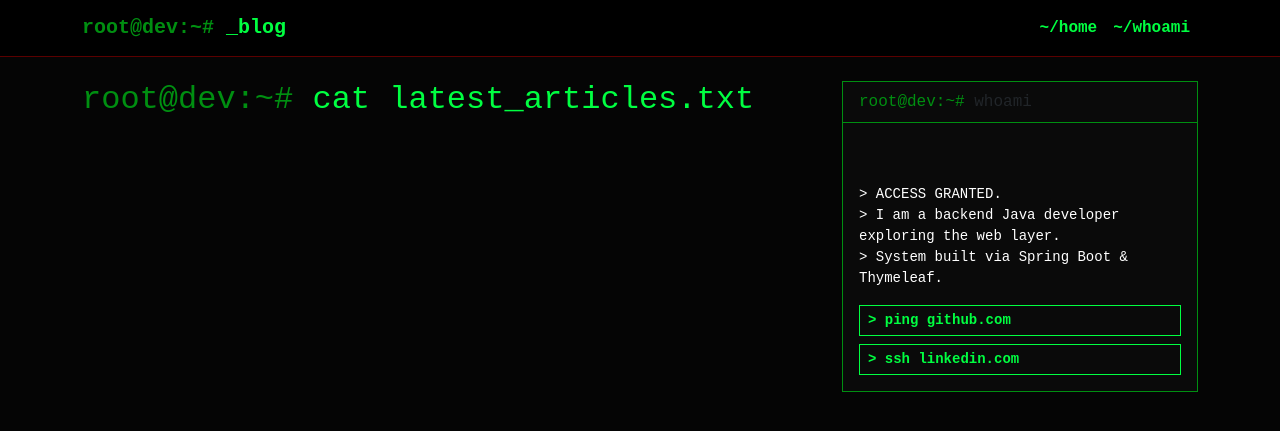
Repository: gd0t/gd0t-blog
Page: http://localhost/index
An editor plug-in stored every save of this project. The page is shown before and after the next save, followed by the edit.
The browser window is 1280 px wide. The pictures show the whole page.
The page is this project's Thymeleaf template; nobody is signed in. The template is opened directly, without the code that normally fills it, so the values that code supplies are empty.

Above is the page before, as saved 2026-05-21 00:13:34.

### gd0t/src/main/resources/templates/index.html
<!DOCTYPE html>
<!-- Adding the thymeleaf template engine and spring-security plugin -->
<html xmlns:th="http://www.thymeleaf.org" xmlns:sec="http://www.thymeleaf.org/extras/spring-security" lang="en">
<head>
    <meta charset="UTF-8">
    <meta name="viewport" content="width=device-width, initial-scale=1">
    <title>gd0t@space:~$</title>

    <link href="https://cdn.jsdelivr.net/npm/bootstrap@5.3.2/dist/css/bootstrap.min.css" rel="stylesheet">
    <link rel="stylesheet" href="https://cdn.jsdelivr.net/npm/bootstrap-icons@1.11.1/font/bootstrap-icons.css">
    <link rel="stylesheet" th:href="@{/css/style.css}">
</head>
<body>

    <nav class="navbar navbar-expand-lg mb-4">
        <div class="container">
            <a class="navbar-brand prompt" href="/">_blog</a>
            <button class="navbar-toggler border-0" type="button" data-bs-toggle="collapse" data-bs-target="#navbarNav">
                <i class="bi bi-list" style="color: #00FF41; font-size: 1.5rem;"></i>
            </button>
            <div class="collapse navbar-collapse" id="navbarNav">
                <ul class="navbar-nav ms-auto align-items-center">
                    <li class="nav-item"><a class="nav-link" href="/">~/home</a></li>
                    <li class="nav-item"><a class="nav-link" href="#about">~/whoami</a></li>

                    <!-- MAGIC HAPPENS HERE: sec:authorize only renders this <li> if the user is logged in! -->
                    <li class="nav-item ms-lg-3 mt-2 mt-lg-0" sec:authorize="isAuthenticated()">
                        <a class="btn btn-primary btn-sm" th:href="@{/new}">> sudo write_post</a>
                    </li>

                    <!-- Optional: A logout button -->
                    <li class="nav-item ms-lg-3 mt-2 mt-lg-0" sec:authorize="isAuthenticated()">
                        <form th:action="@{/logout}" method="post" class="d-inline">
                            <button type="submit" class="btn btn-outline-dark btn-sm">> exit</button>
                        </form>
                    </li>
                </ul>
            </div>
        </div>
    </nav>

    <div class="container">
        <div class="row">

        	<!-- The posts take up 8 columns -->
            <div class="col-lg-8">
                <h2 class="mb-4 prompt">cat latest_articles.txt</h2>
                <div th:each="post : ${posts}" class="card mb-4">
                    <div class="card-header bg-transparent">
                        <h4 class="card-title fw-bold m-0" th:text="${post.title}">Title</h4>
                    </div>
                    <div class="card-body">
                        <!-- Truncate the text on the homepage so it's a preview -->
                        <p class="card-text" th:text="${#strings.abbreviate(post.content, 150)}">Content goes here...</p>

                        <!-- This link dynamically builds the URL to /post/1, /post/2, etc. -->
                        <a th:href="@{/post/{id}(id=${post.id})}" class="fw-bold">> execute read_more.sh</a>
                    </div>
                </div>
            </div>

            <!-- about me takes up to 4 columns -->
            <div class="col-lg-4">

                <!-- About Me Card -->
                <div class="card mb-4" id="about">
                    <div class="card-header border-bottom border-success prompt bg-transparent">
                        whoami
                    </div>
                    <div class="card-body">

                        <pre class="text-center mb-3" style="font-size: 0.6rem; color: #008F11;">

                        </pre>
                        <p class="card-text small">
                            > ACCESS GRANTED.<br>
                            > I am a backend Java developer exploring the web layer.<br>
                            > System built via Spring Boot & Thymeleaf.
                        </p>
                        <div class="d-flex flex-column gap-2 mt-3">
                            <a href="#" class="btn btn-outline-dark btn-sm text-start">> ping github.com</a>
                            <a href="#" class="btn btn-outline-dark btn-sm text-start">> ssh linkedin.com</a>
                        </div>
                    </div>
                </div>
                </div>
        </div>
    </div>
</body>
</html>

### gd0t/src/main/resources/static/css/style.css
/* Base Terminal Styling */
body {
    background-color: #050505;
    color: #00FF41;
    font-family: 'Courier New', Courier, monospace;
}

.text-dark, .text-muted, .text-secondary {
    color: #FFF !important;
}

.navbar {
    background-color: #000000 !important;
    border-bottom: 1px solid #5C0000;
}
.navbar-brand, .nav-link {
    color: #00FF41 !important;
    font-weight: bold;
}

a {
    color: #00FF41;
    text-decoration: none;
}

a:hover {
    color: #00FF41;
    text-shadow: 0 0 8px #00FF41;
}

.card {
    background-color: #0A0A0A;
    border: 1px solid #008F11;
    border-radius: 0;
}
.card-header {
    border-bottom: 1px solid #008F11 !important;
}

.btn-primary, .btn-outline-light, .btn-outline-dark, button[type="submit"] {
    background-color: transparent;
    color: #00FF41;
    border: 1px solid #00FF41;
    border-radius: 0;
    font-weight: bold;
}
.btn-primary:hover, .btn-outline-light:hover, .btn-outline-dark:hover, button[type="submit"]:hover {
    background-color: #00FF41;
    color: #000000;
    box-shadow: 0 0 10px #00FF41;
}

.prompt::before {
    content: "root@dev:~# ";
    color: #008F11;
}

input[type="text"], textarea {
    background-color: #050505;
    color: #00FF41;
    border: 1px solid #008F11;
    border-radius: 0;
    width: 100%;
    padding: 10px;
}
input[type="text"]:focus, textarea:focus {
    outline: none;
    border-color: #00FF41;
    box-shadow: 0 0 8px #00FF41;
}

p {
	color: #FFF;
}

.text-dark, .text-muted, .text-secondary {
    color: #FFF !important;
}

After the next save:
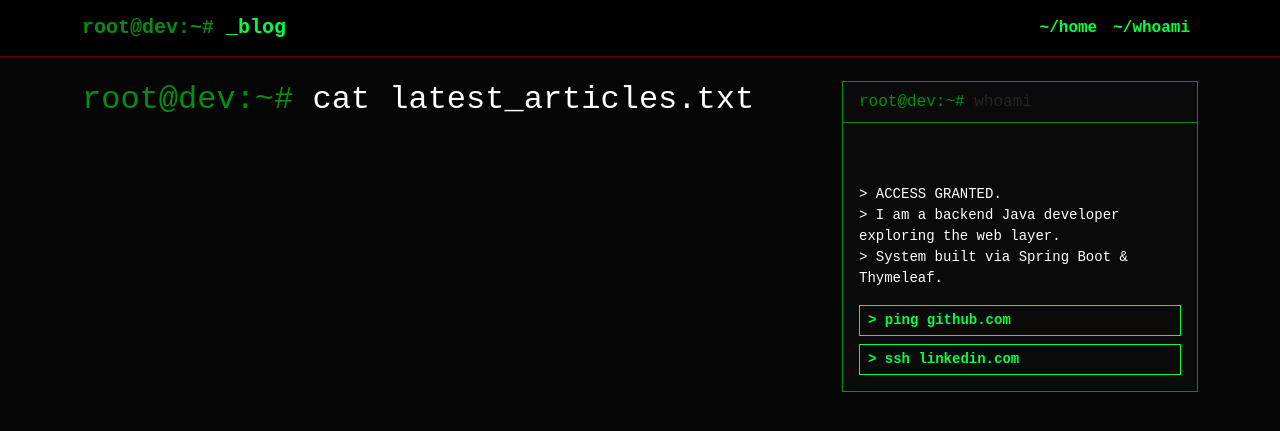
Saved 18 s later.
--- a/gd0t/src/main/resources/static/css/style.css
+++ b/gd0t/src/main/resources/static/css/style.css
@@ -69,6 +69,10 @@ input[type="text"]:focus, textarea:focus {
     box-shadow: 0 0 8px #00FF41;
 }
 
+body {
+	color: #FFF;
+}
+
 p {
 	color: #FFF;
 }
